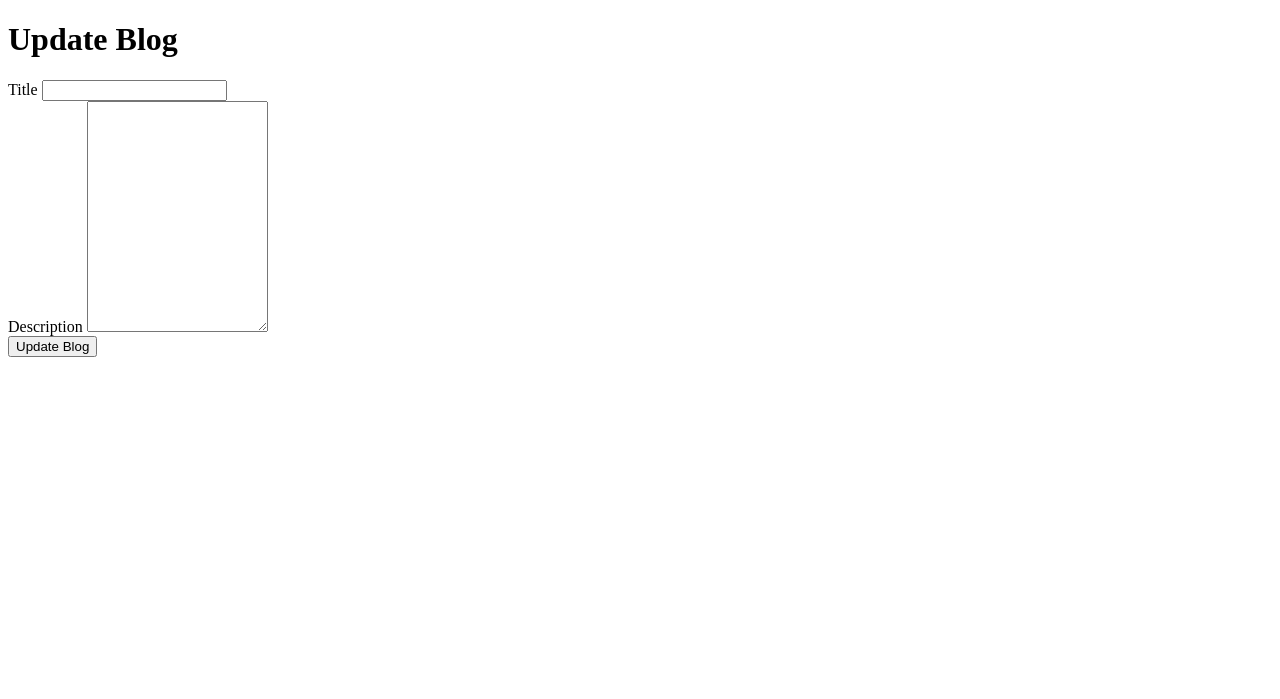
Repository: Abinayasivapraba/Project2
Page: ChatZoneFE/WebContent/Blog/EditBlog.html
The author's editor kept a copy of each file at every save. The page is drawn from the files as they stood at one save, then again after the next save.
The browser window is 1280 px wide. The pictures show the whole page.

Above is the page before, as saved 2017-05-25 17:13:30.

After the next save:
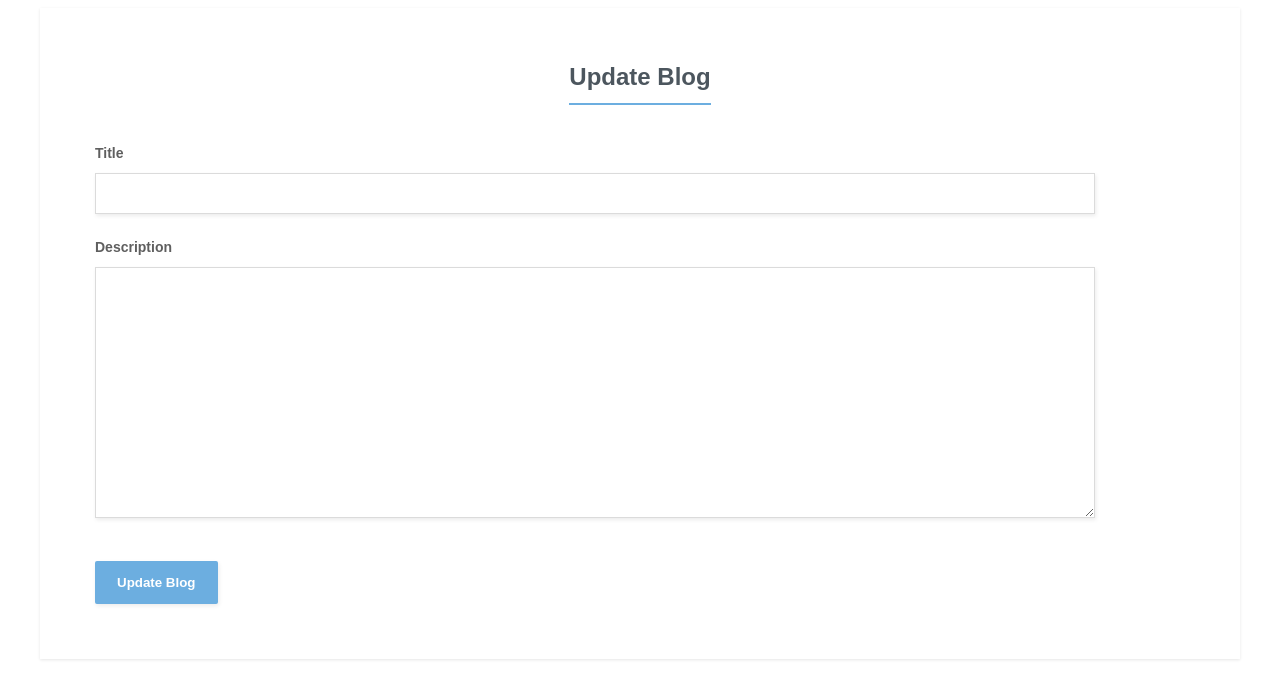
Saved 94 s later.
--- a/ChatZoneFE/WebContent/Blog/EditBlog.html
+++ b/ChatZoneFE/WebContent/Blog/EditBlog.html
@@ -3,6 +3,104 @@
 <head>
 <meta charset="ISO-8859-1">
 <title>Edit Blog</title>
+<style>
+.form-labels-on-top{
+    box-sizing: border-box;
+    max-width: 1200px;
+    margin: 0 auto;
+    padding: 55px;
+    background-color:  #ffffff;
+    box-shadow: 0 1px 3px 0 rgba(0, 0, 0, 0.1);
+    font: bold 14px sans-serif;
+    text-align: center;
+}
+
+.form-labels-on-top .form-row{
+    text-align: left;
+    margin: 25px auto 0;
+}
+
+.form-labels-on-top .form-title-row{
+    margin: 0 auto 40px;
+}
+
+.form-labels-on-top h1{
+    display: inline-block;
+    box-sizing: border-box;
+    color: #4C565E;
+    font-size: 24px;
+    padding: 0 0 12px 0;
+    margin: 0;
+    border-bottom: 2px solid #6CAEE0;
+}
+
+.form-labels-on-top .form-row > label span{
+    display: block;
+    box-sizing: border-box;
+    color:  #5f5f5f;
+    width: 200px;
+    padding: 0 0 12px;
+}
+
+.form-labels-on-top input{
+    color:  #5f5f5f;
+    box-sizing: border-box;
+    width: 1000px;
+    box-shadow: 1px 2px 4px 0 rgba(0, 0, 0, 0.08);
+    padding: 12px 18px;
+    border: 1px solid #dbdbdb;
+}
+
+.form-labels-on-top textarea{
+    color:  #5f5f5f;
+    box-sizing: border-box;
+    width: 1000px;
+    box-shadow: 1px 2px 4px 0 rgba(0, 0, 0, 0.08);
+    padding: 12px 18px;
+    border: 1px solid #dbdbdb;
+}
+
+#textarea{
+	color:  #5f5f5f;
+    box-sizing: border-box;
+    width: 1000px;
+    box-shadow: 1px 2px 4px 0 rgba(0, 0, 0, 0.08);
+    padding: 12px 18px;
+    border: 1px solid #dbdbdb;
+}
+
+.form-labels-on-top button{
+    border-radius: 2px;
+    background-color:  #6caee0;
+    color: #ffffff;
+    font-weight: bold;
+    box-shadow: 1px 2px 4px 0 rgba(0, 0, 0, 0.08);
+    padding: 14px 22px;
+    border: 0;
+    margin-top: 15px;
+}
+
+/*	Making the form responsive. Remove this media query
+    if you don't need the form to work on mobile devices. */
+
+@media (max-width: 600px) {
+
+    .form-labels-on-top{
+        padding: 30px;
+    }
+
+    .form-labels-on-top input{
+        width: 240px;
+    }
+
+}
+
+</style>
+
+
+
+
+
 </head>
 <body>
 <!-- <div ng-controller="BlogController as btrl">
